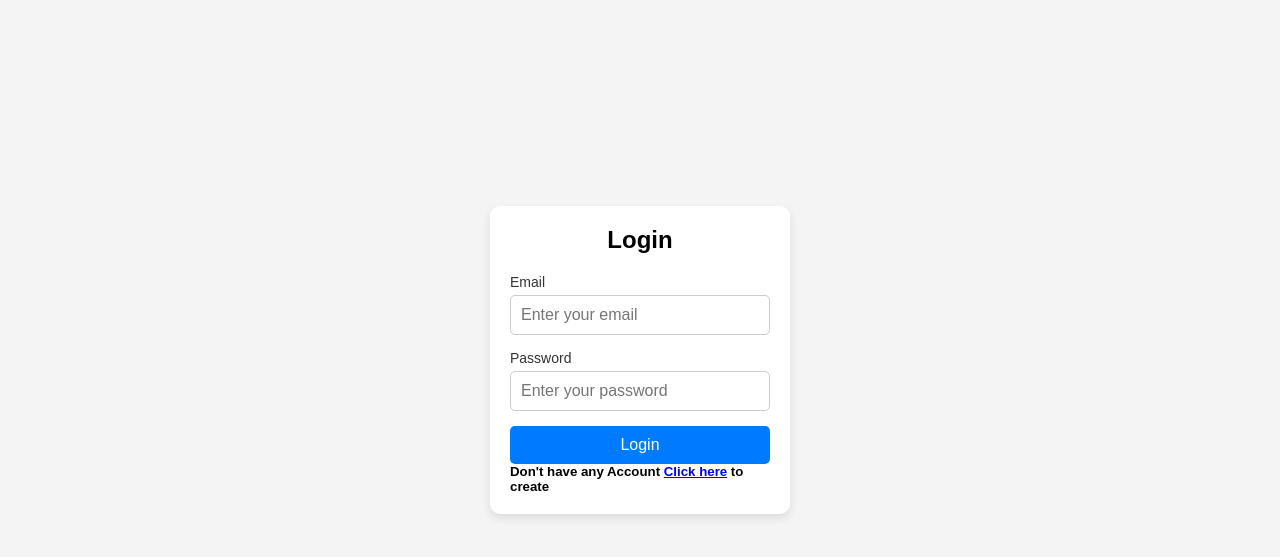
Repository: yhemachandra/ems
Page: http://localhost/ems/login.jsp
An editor plug-in stored every save of this project. The page is shown before and after the next save, followed by the edit.
The browser window is 1280 px wide. The pictures show the whole page.
The page is served by Tomcat 9. Other server files are loaded and not shown.

Above is the page before, as saved 2024-10-18 06:51:53.

### ems/src/main/webapp/login.jsp
<%@ page language="java" contentType="text/html; charset=UTF-8"
    pageEncoding="UTF-8"%>
<!DOCTYPE html>
<html>
<head>
<meta charset="UTF-8">
<title>Login page</title>
<style type="text/css">
* {
    margin: 0;
    padding: 0;
    box-sizing: border-box;
}

body {
    font-family: Arial, sans-serif;
    background-color: #f4f4f4;
    display: flex;
    justify-content: center;
    align-items: center;
    height: 100vh;
}

.login-container {
    background-color: white;
    padding: 20px;
    border-radius: 10px;
    box-shadow: 0px 4px 10px rgba(0, 0, 0, 0.1);
    width: 300px;
}

h2 {
    text-align: center;
    margin-bottom: 20px;
}

.login-form {
    display: flex;
    flex-direction: column;
}

label {
    margin-bottom: 5px;
    font-size: 14px;
    color: #333;
}

input {
    padding: 10px;
    margin-bottom: 15px;
    border: 1px solid #ccc;
    border-radius: 5px;
    font-size: 16px;
}

input:focus {
    border-color: #007BFF;
    outline: none;
}

button {
    padding: 10px;
    background-color: #007BFF;
    color: white;
    border: none;
    border-radius: 5px;
    font-size: 16px;
    cursor: pointer;
}

button:hover {
    background-color: #0056b3;
}
</style>
</head>
<body>
	<div class="login-container">
        <h2>Login</h2>
        <form action="#" method="post" class="login-form">
            <label for="email">Email</label>
            <input type="email" id="email" name="email" required placeholder="Enter your email">

            <label for="password">Password</label>
            <input type="password" id="password" name="password" required placeholder="Enter your password">

            <button type="submit">Login</button>
        </form>
        <h5>Don't have any Account <a href="reg.jsp">Click here</a> to create</h5>
    </div>

</body>
</html>

After the next save:
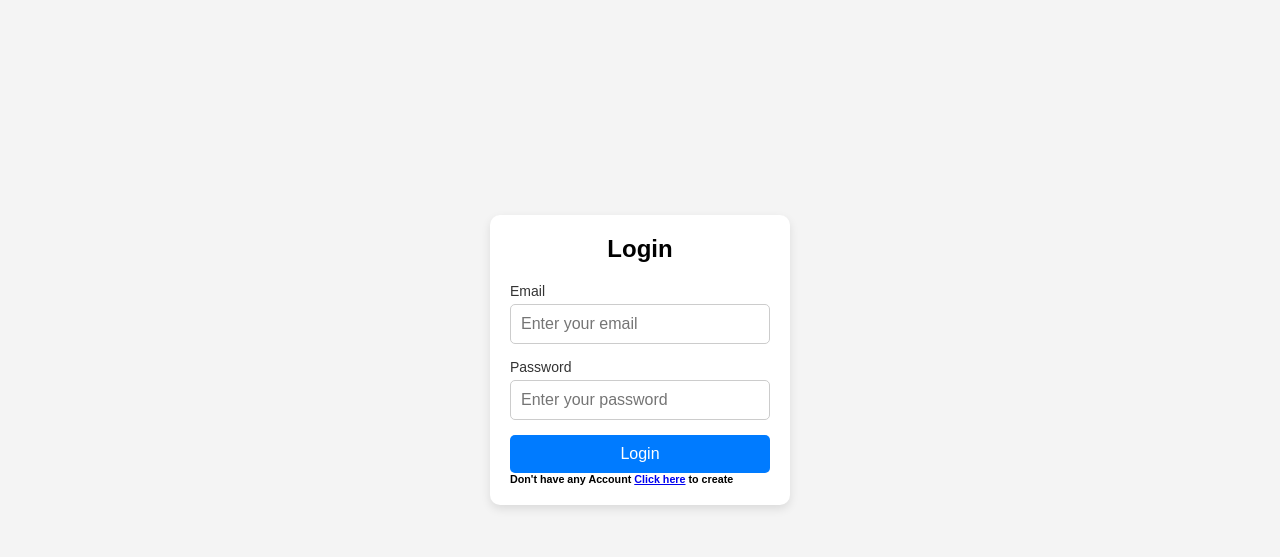
Saved 30 s later.
--- a/ems/src/main/webapp/login.jsp
+++ b/ems/src/main/webapp/login.jsp
@@ -85,7 +85,7 @@ button:hover {
 
             <button type="submit">Login</button>
         </form>
-        <h5>Don't have any Account <a href="reg.jsp">Click here</a> to create</h5>
+        <h6>Don't have any Account <a href="reg.jsp">Click here</a> to create</h6>
     </div>
 
 </body>
